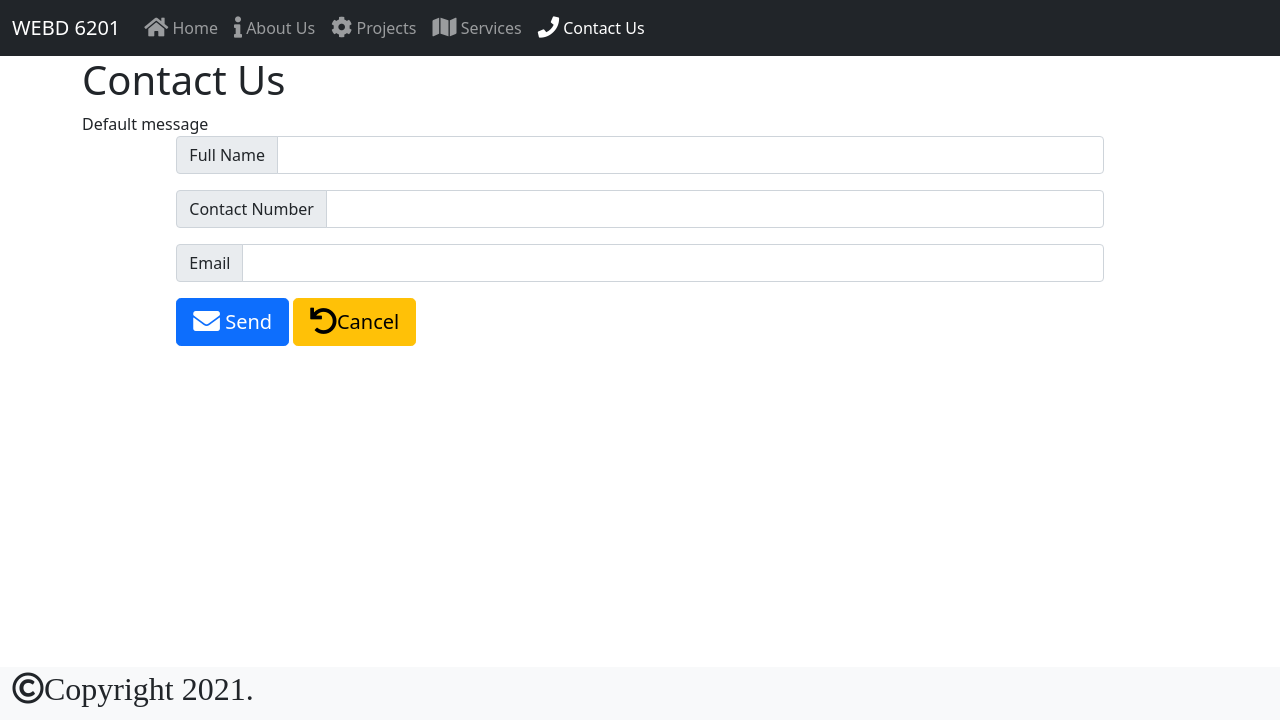
Repository: vans12345678/WEBD6201-W2021-Week3
Page: contact.html
An editor plug-in stored every save of this project. The page is shown before and after the next save, followed by the edit.
The browser window is 1280 px wide. The pictures show the whole page.

Above is the page before, as saved 2021-01-21 09:45:06.

After the next save:
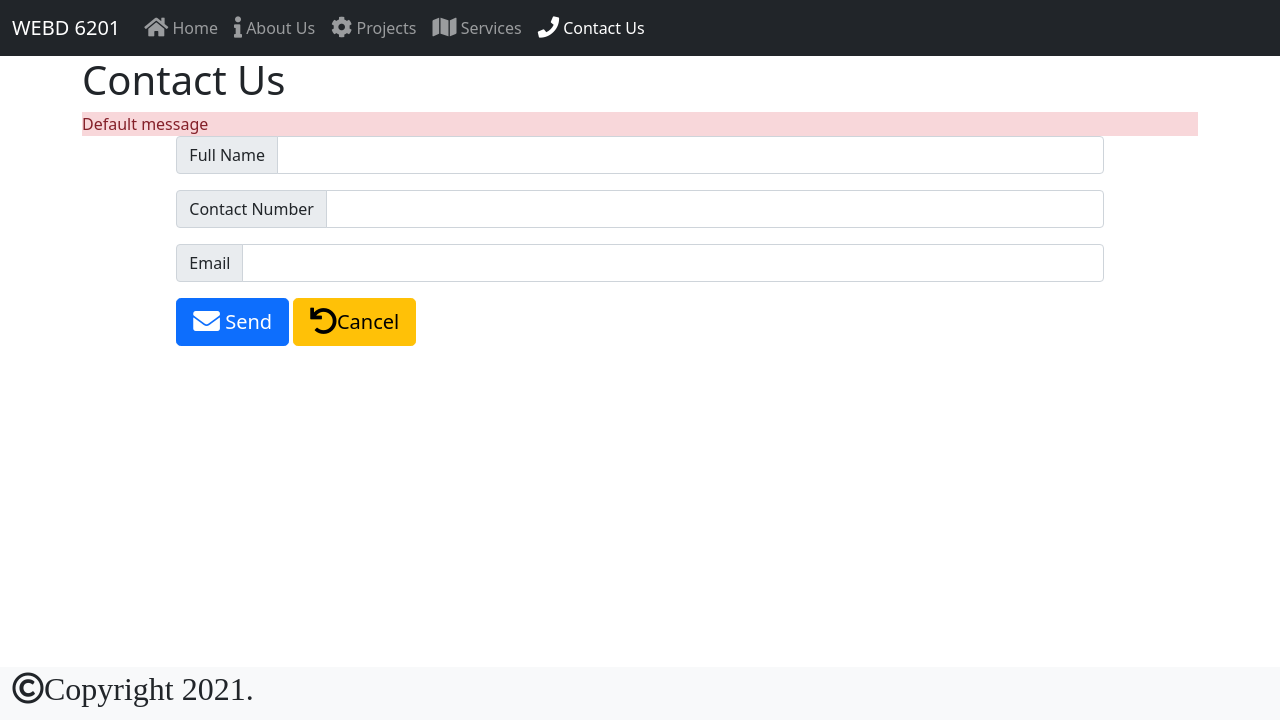
Saved 43 s later.
--- a/contact.html
+++ b/contact.html
@@ -50,7 +50,7 @@
     <main class="container">
         <h1>Contact Us</h1>
 
-        <div class="" id="messageArea">Default message</div>
+        <div class="alert-danger" id="messageArea">Default message</div>
 
         <div class = "row justify-content-lg-center g-3">
           <form class = "col-col-lg-6 col-md-10 col-sm-10">
